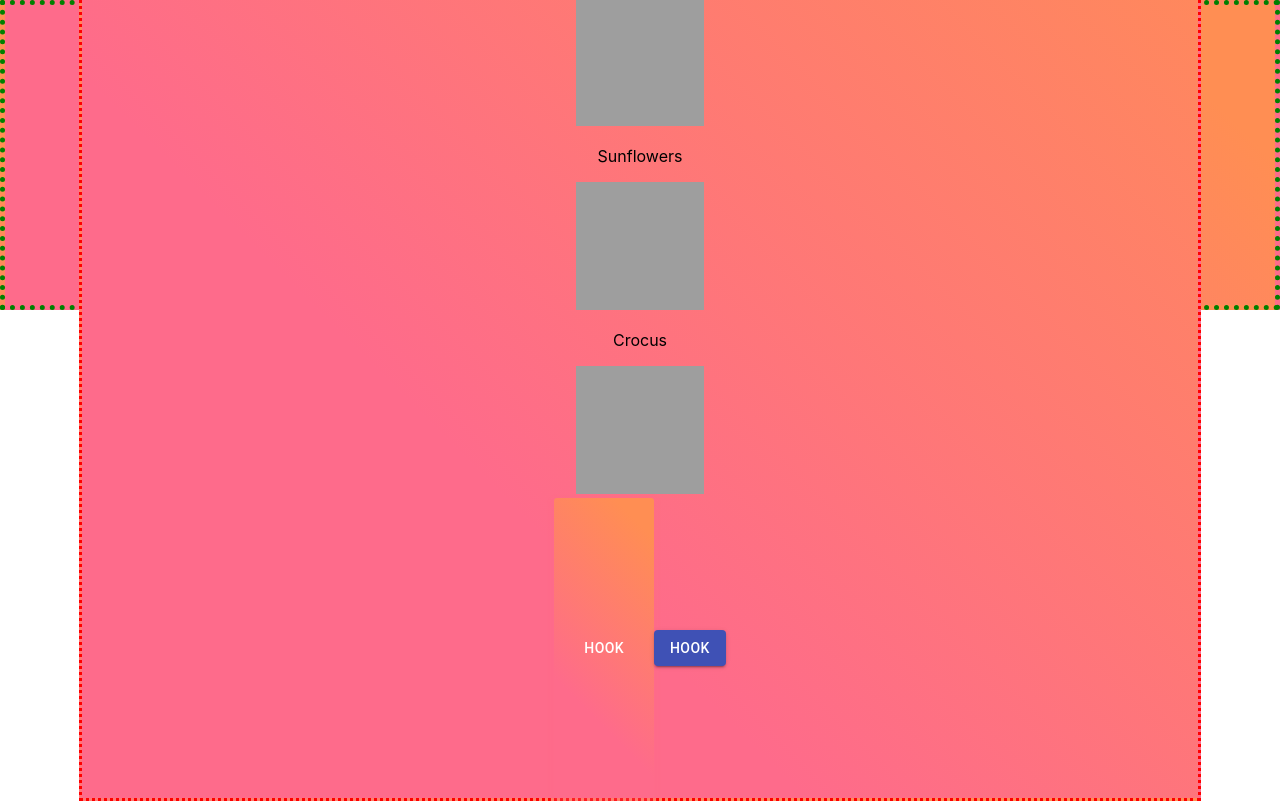
Repository: DevLuDaley/react-flower-shop
Page: /
An editor plug-in stored every save of this project. The page is shown before and after the next save, followed by the edit.
The browser window is 1280 px wide. The pictures show the whole page.
Pictures or frames that could not be fetched are drawn as grey boxes. The project was rebuilt for these pictures with package versions that can differ from the ones it lists, and the page was loaded fresh each time.

Above is the page before, as saved 2021-02-19 21:50:56.

After the next save:
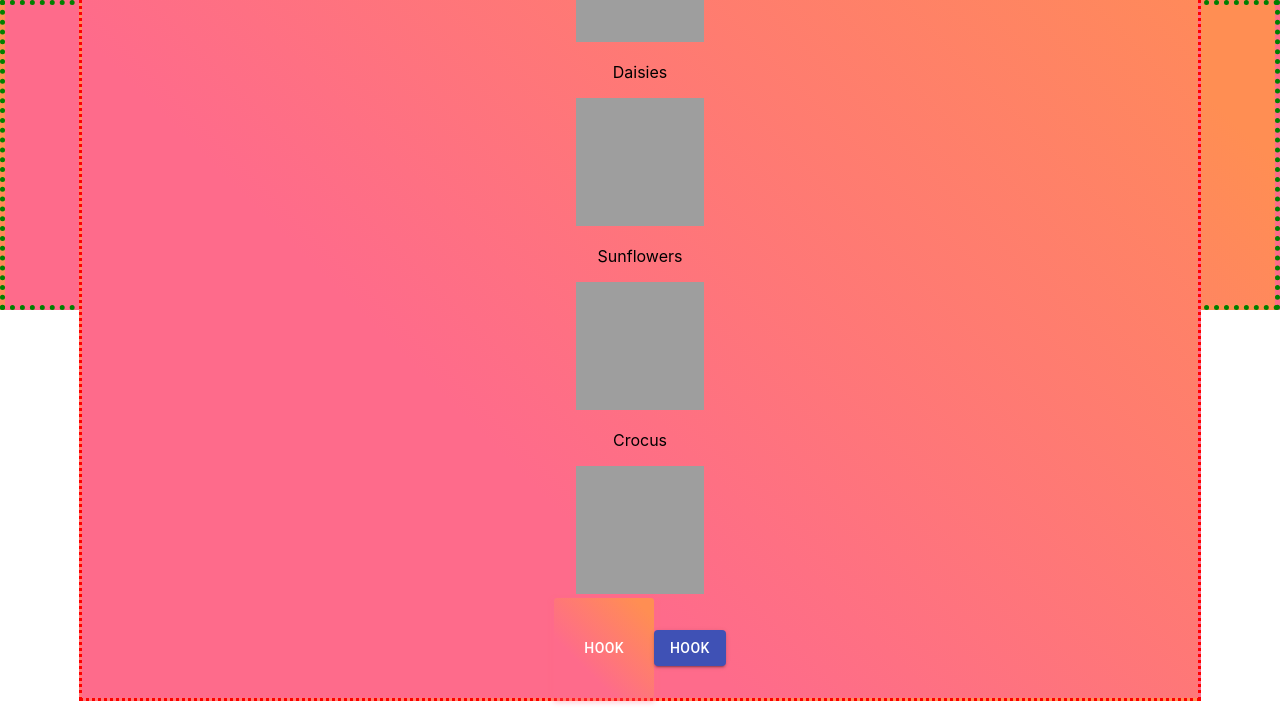
Saved 6 s later.
--- a/src/components/FlowerGallery.js
+++ b/src/components/FlowerGallery.js
@@ -13,7 +13,7 @@ const useStyles = makeStyles({
     borderRadius: 3,
     boxShadow: '0 3px 5px 2px rgba(255, 105, 135, .3)',
     color: 'white',
-    height: '300px',
+    height: '100px',
     padding: '0 30px',
   },
 });
